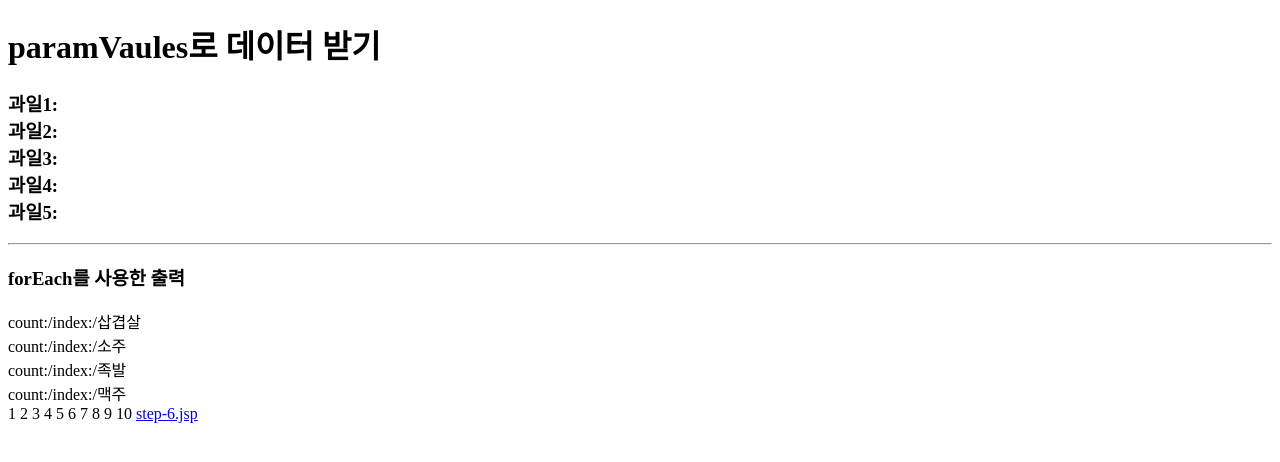
Repository: hwimi/2024-04-12
Page: http://localhost/jstl_study/step-5.jsp
An editor plug-in stored every save of this project. The page is shown before and after the next save, followed by the edit.
The browser window is 1280 px wide. The pictures show the whole page.
The page is served by Tomcat 9.

Above is the page before, as saved 2024-04-11 04:12:55.

After the next save:
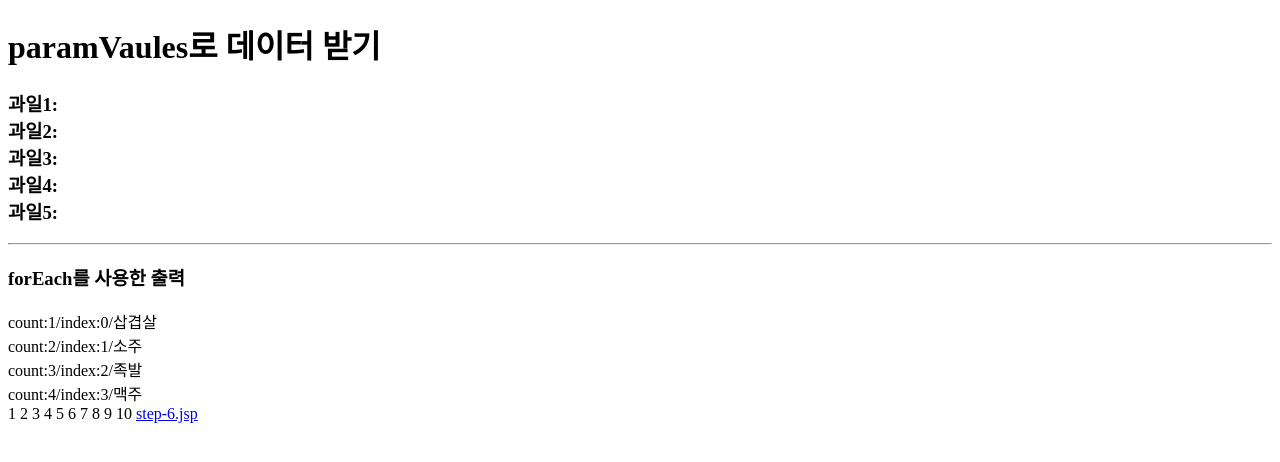
Saved 35 s later.
--- a/jstl_study/src/main/webapp/step-5.jsp
+++ b/jstl_study/src/main/webapp/step-5.jsp
@@ -35,7 +35,7 @@
     request.setAttribute("fr", friends);
     %>
 
-    <c:forEach items="${requestScope.fr}" var="fname" varStatus="">
+    <c:forEach items="${requestScope.fr}" var="fname" varStatus="i">
     count:${i.count }/index:${i.index }/${fname }<br>
     </c:forEach>
     <!-- begin="시작숫자" end="10" var="i" -->
